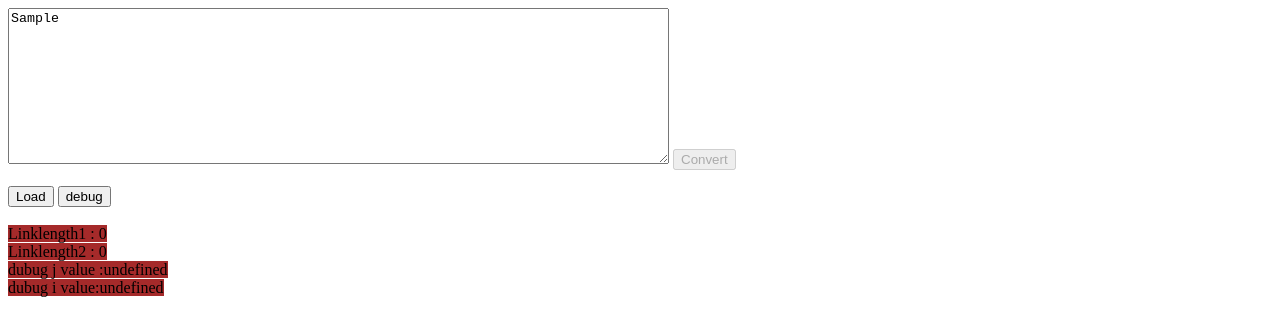
Repository: bazidaz/platform
Page: platform14.html
The author's editor kept a record of every edit. The page is drawn from the files as they stood at one moment, then again after the next edit.
The browser window is 1280 px wide. The pictures show the whole page.
Empty fields were first filled with sample values (such as "Sample", 5 or name@example.com).
After loading, the first visible `#debug` was clicked once.
Some web libraries are served in a nearby version.

Above is the page before.

After the next edit:
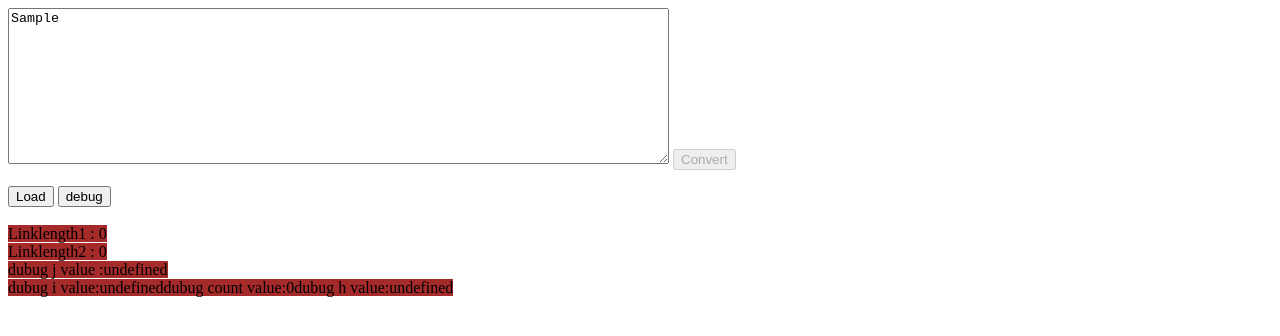
The edit:
--- a/jscript.js
+++ b/jscript.js
@@ -69,6 +69,8 @@
               $('#sDebug').append("Linklength2 : " + link2.length + '<br>');
               $("#sDebug").append("dubug j value :" + j + '<br>');
               $('#sDebug').append("dubug i value:" + i + '<br');
+              $('#sDebug').append("dubug count value:" + count + '<br');
+              $('#sDebug').append("dubug h value:" + h + '<br');
     });
 
 });
